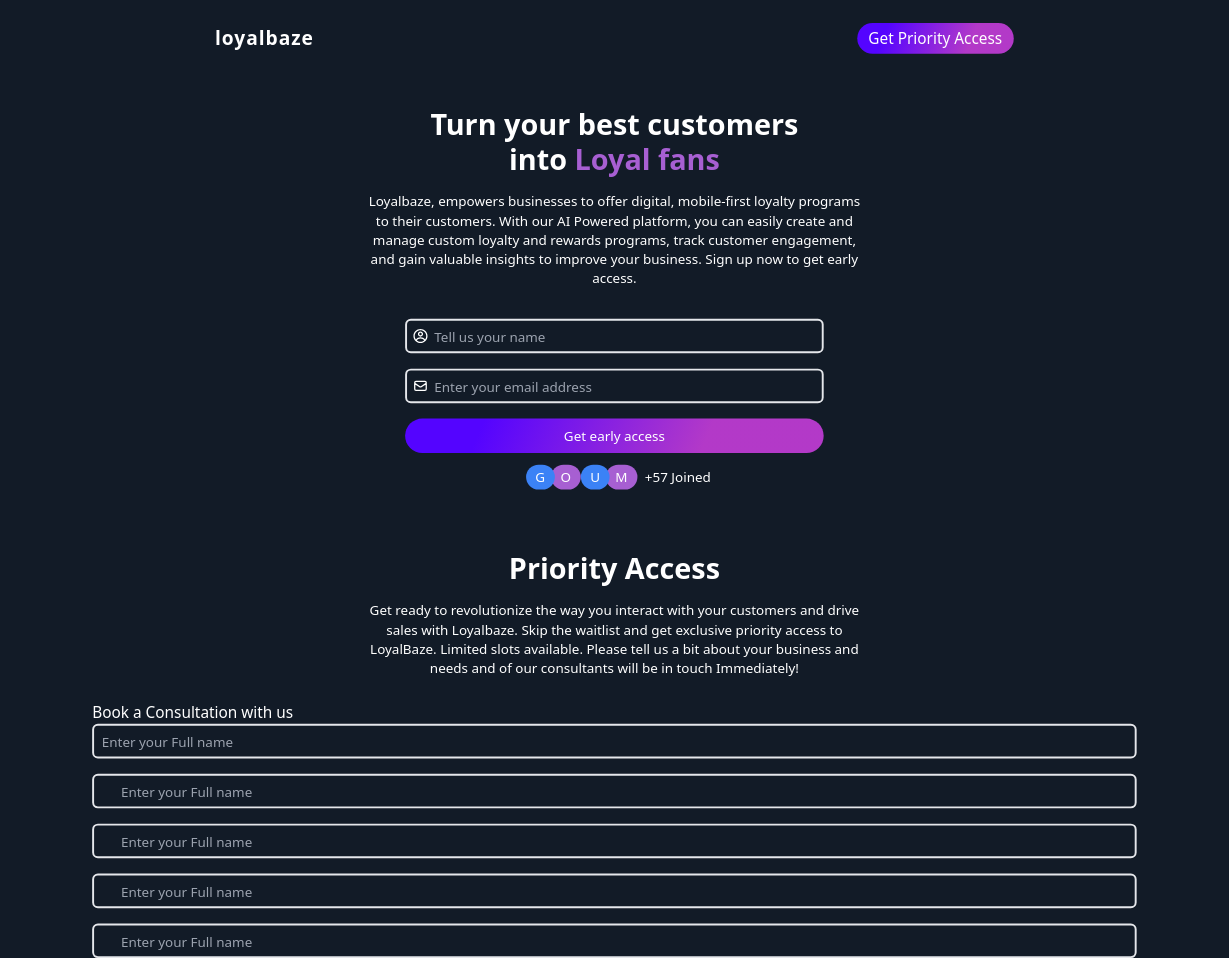
Repository: Jerified/loyalbaze
Page: /
The author's editor kept a copy of each file at every save. The page is drawn from the files as they stood at one save, then again after a run of saves.
The browser window is 1280 px wide. The pictures show the whole page, at 96% of full size.
The project was rebuilt for these pictures with package versions that can differ from the ones it lists, and the page was loaded fresh each time. The framework's server and built-in components were replaced by stand-ins that run in the browser. Also part of the build but not shown: next.config.js.

Above is the page before, as saved 2023-02-11 07:32:27.

### src/app/layout.tsx
import Header from '@/components/Header'

import './globals.css'
import Providers from './Providers';

export default function RootLayout({
  children,
}: {
  children: React.ReactNode
}) {
  return (
    <html lang="en">
      <head />
      <body>
          <Header />
          {children}
      </body>
    </html>
  );
}

### src/app/page.tsx
import Contents from "@/components/Contents";
import Form from "@/components/Form";


export default async function Home() {

  return  (
  <main className='max-w-6xl mx-auto px-8'>
    <Contents />
    <Form />
  </main>
  )
}

### src/components/Header.tsx

import { AiFillHome } from "react-icons/ai";
import { BsFillInfoCircleFill } from "react-icons/bs";
import Link from "next/link";

export default function Header() {
  return (
    <div className="flex justify-between px-8 max-w-4xl sm:mx-auto items-center py-6">
      <div className="text-xl font-semibold tracking-wider ">loyalbaze</div>

      <button className=" px-3 py-1 rounded-full bg-[linear-gradient(112.92deg,_#5404FF_18.35%,rgba(189,_59,_210,_0.94)_71.49%)]">
        <div className="bg-inherit">Get Priority Access</div>
      </button>
    </div>
  );
}

### src/app/globals.css
@tailwind base;
@tailwind components;
@tailwind utilities;

body{
  background-color: #121B27;
  color: white
}

### src/components/Contents.tsx
import React from 'react'
import {CgProfile} from 'react-icons/cg'
import { HiOutlineMail } from "react-icons/hi";

const Contents = () => {
  return (
    <div className="pt-8  pb-16">
      <h1 className="font-bold text-center text-3xl max-w-sm mx-auto ">
        Turn your best customers into{" "}
        <span className="text-[#A75FD2] ">Loyal fans</span>
      </h1>
      <p className="text-center pt-4 max-w-[22rem] md:max-w-lg mx-auto text-sm ">
        Loyalbaze, empowers businesses to offer digital, mobile-first loyalty
        programs to their customers. With our AI Powered platform, you can
        easily create and manage custom loyalty and rewards programs, track
        customer engagement, and gain valuable insights to improve your
        business. Sign up now to get early access.
      </p>
      <form action="" className="pt-8 grid place-items-center gap-4 pb-3">
        <div className="w-[80%] md:w-[60%] lg:w-[40%] relative flex items-center">
          <input
            type="text"
            className=" bg-inherit border-2 w-full rounded-md py-1 px-2 pl-7 placeholder:text-[14px] "
            placeholder="Tell us your name"
          />
          <CgProfile className="absolute left-2 top-[50%] -translate-y-[50%]" />
        </div>
        <div className="w-[80%] md:w-[60%] lg:w-[40%] relative flex items-center">
          <input
            type="text"
            className=" bg-inherit border-2 w-full rounded-md py-1 px-2 pl-7 placeholder:text-[14px] placeholder:pt-[-1px] "
            placeholder="Enter your email address"
          />
          <HiOutlineMail className="absolute left-2 top-[50%] -translate-y-[50%]" />
        </div>
        <button className="text-sm bg-[linear-gradient(112.92deg,_#5404FF_18.35%,rgba(189,_59,_210,_0.94)_71.49%)] rounded-full w-[80%] md:w-[60%] lg:w-[40%] py-2">
          Get early access
        </button>
      </form>
      <div className="flex relative text-sm justify-center items-center">
          <p className="bg-blue-500 rounded-full w-fit px-[10px] py-[3px] relative  left-2 z-10">
            G
          </p>
          <p className="bg-[#A75FD2] rounded-full w-fit px-[10px] py-[3px] relative left-1">
            O
          </p>
          <p className="bg-blue-500 rounded-full w-fit px-[10px] py-[3px] relative left-1">
            U
          </p>
          <p className="bg-[#A75FD2] rounded-full w-fit px-[10px] py-[3px]">
            M
          </p>
          <p className="pl-2 font-medium">+57 Joined</p>
      </div>
    </div>
  );
}

export default Contents

### src/components/Form.tsx
import React from 'react'

const Form = () => {
  return (
    <>
      <main className="">
        <div className="text-center">
          <h1 className="font-semibold text-3xl ">Priority Access</h1>
          <p className="pt-4 text-sm max-w-[22rem] md:max-w-lg mx-auto">
            Get ready to revolutionize the way you interact with your customers
            and drive sales with Loyalbaze. Skip the waitlist and get exclusive
            priority access to LoyalBaze. Limited slots available. Please tell
            us a bit about your business and needs and of our consultants will
            be in touch Immediately!
          </p>
        </div>
        <form action="" className="pt-6">
          <p className="">Book a Consultation with us</p>
          <div className=" flex flex-col gap-4">
            <input
              type="text"
              className="bg-inherit border-2 w-full rounded-md py-1 px-2 pl-2 placeholder:text-[14px]"
              placeholder="Enter your Full name"
            />
            <input
              type="text"
              className="bg-inherit border-2 w-full rounded-md py-1 px-2 pl-7 placeholder:text-[14px]"
              placeholder="Enter your Full name"
            />
            <input
              type="text"
              className="bg-inherit border-2 w-full rounded-md py-1 px-2 pl-7 placeholder:text-[14px]"
              placeholder="Enter your Full name"
            />
            <input
              type="text"
              className="bg-inherit border-2 w-full rounded-md py-1 px-2 pl-7 placeholder:text-[14px]"
              placeholder="Enter your Full name"
            />
            <input
              type="text"
              className="bg-inherit border-2 w-full rounded-md py-1 px-2 pl-7 placeholder:text-[14px]"
              placeholder="Enter your Full name"
            />
          </div>
        </form>
      </main>
    </>
  );
}

export default Form

### tailwind.config.js
/** @type {import('tailwindcss').Config} */
module.exports = {
  content: ["./src/**/*.{html,js,jsx,ts,tsx}"],
  theme: {
    extend: {},
  },
  plugins: [],
  darkMoode:"class"
}

After the next 2 saves:
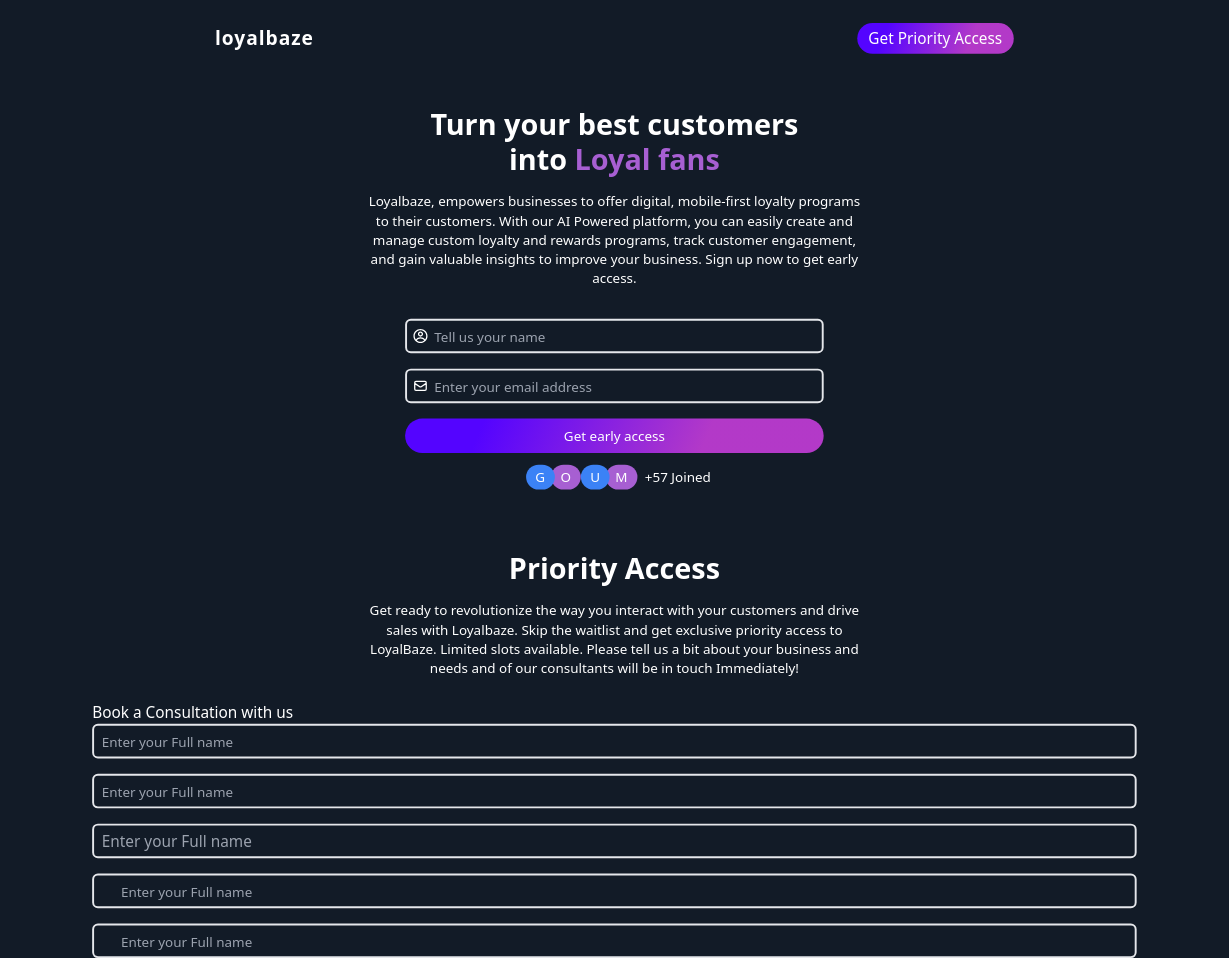
The 2 saves are shown as one change because they came seconds apart.
The last was saved 16 s later.
--- a/src/components/Form.tsx
+++ b/src/components/Form.tsx
@@ -24,12 +24,12 @@
             />
             <input
               type="text"
-              className="bg-inherit border-2 w-full rounded-md py-1 px-2 pl-7 placeholder:text-[14px]"
+              className="bg-inherit border-2 w-full rounded-md py-1 px-2 pl-2 placeholder:text-[14px]"
               placeholder="Enter your Full name"
             />
             <input
               type="text"
-              className="bg-inherit border-2 w-full rounded-md py-1 px-2 pl-7 placeholder:text-[14px]"
+              className="bg-inherit border-2 w-full rounded-md py-1 px-2 pl-72placeholder:text-[14px]"
               placeholder="Enter your Full name"
             />
             <input
